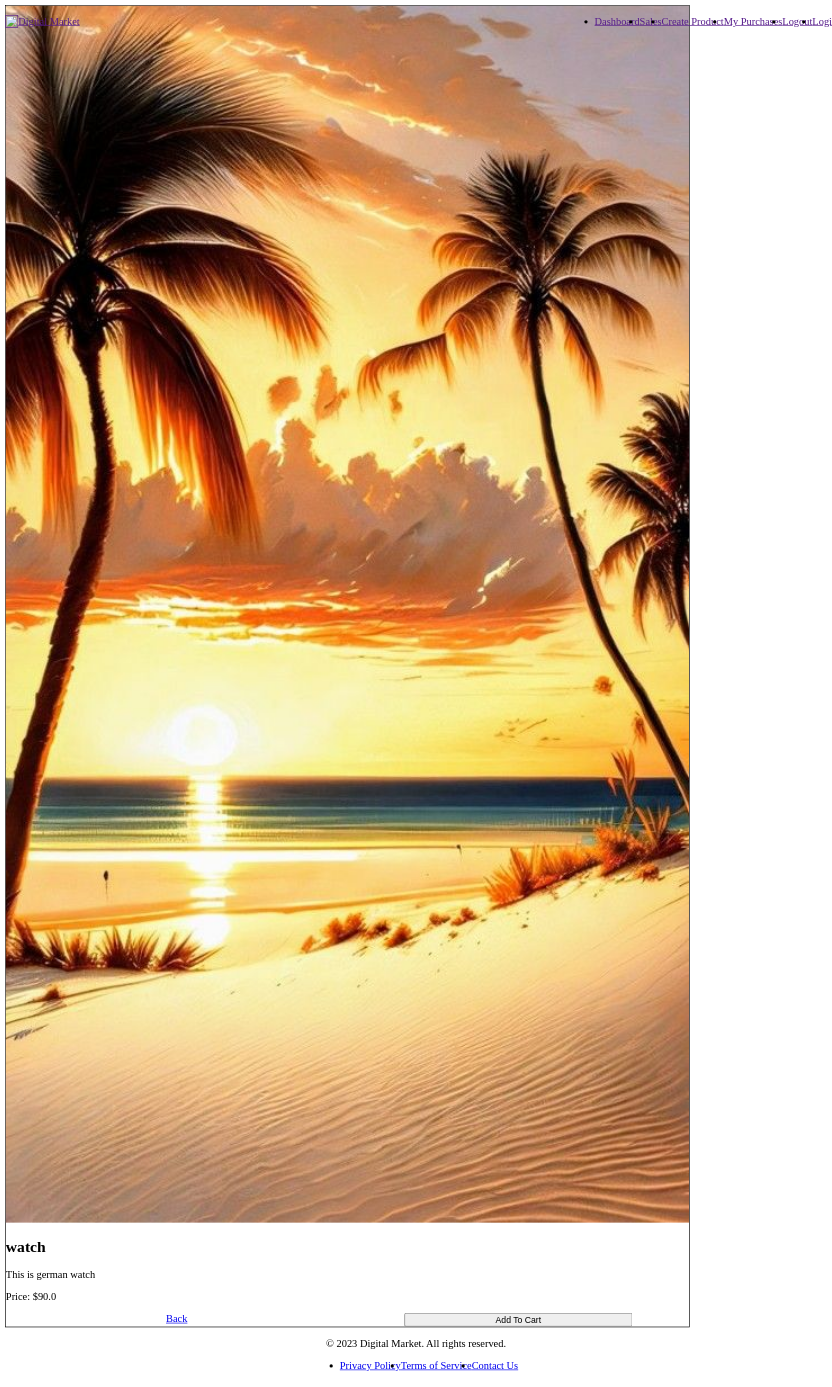
Repository: Zedestar/DigitalMarket_django
Page: http://localhost/product_details/5/
An editor plug-in stored every save of this project. The page is shown before and after the next save, followed by the edit.
The browser window is 1280 px wide. The pictures show the whole page, at 65% of full size.
The page is served by the project's application, run on Django 5.2 (manage.py). Style sheets and scripts are compiled from the project's sources, by tool versions that may differ from the author's. The page reads the database file committed with the project.

Above is the page before, as saved 2025-03-19 21:26:55.

After the next save:
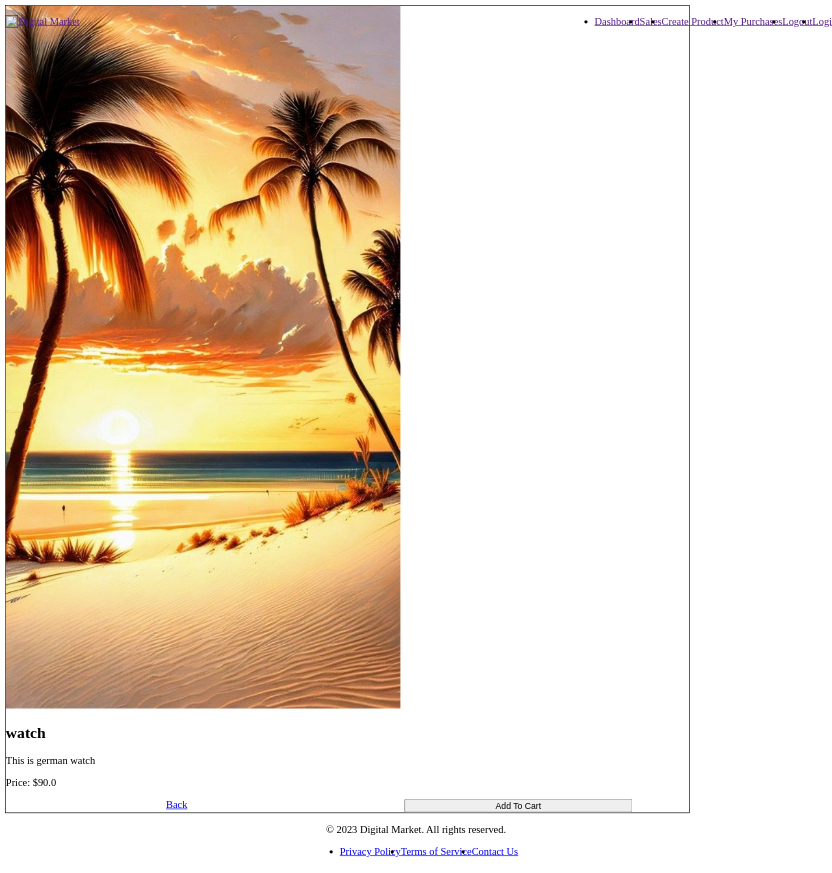
Saved 25 s later.
--- a/myapp/templates/myapp/product_details.html
+++ b/myapp/templates/myapp/product_details.html
@@ -6,7 +6,7 @@
             <div class="w-full h-62 bg-gray-100">
                 <img src="{{ product.photo.url }}"
                      alt="{{ product.name }}"
-                     class="w-full h-[60%] object-center">
+                     class="w-56 h-56 object-center">
             </div>
             <!-- Content Section -->
             <div class="px-5 py-2">
